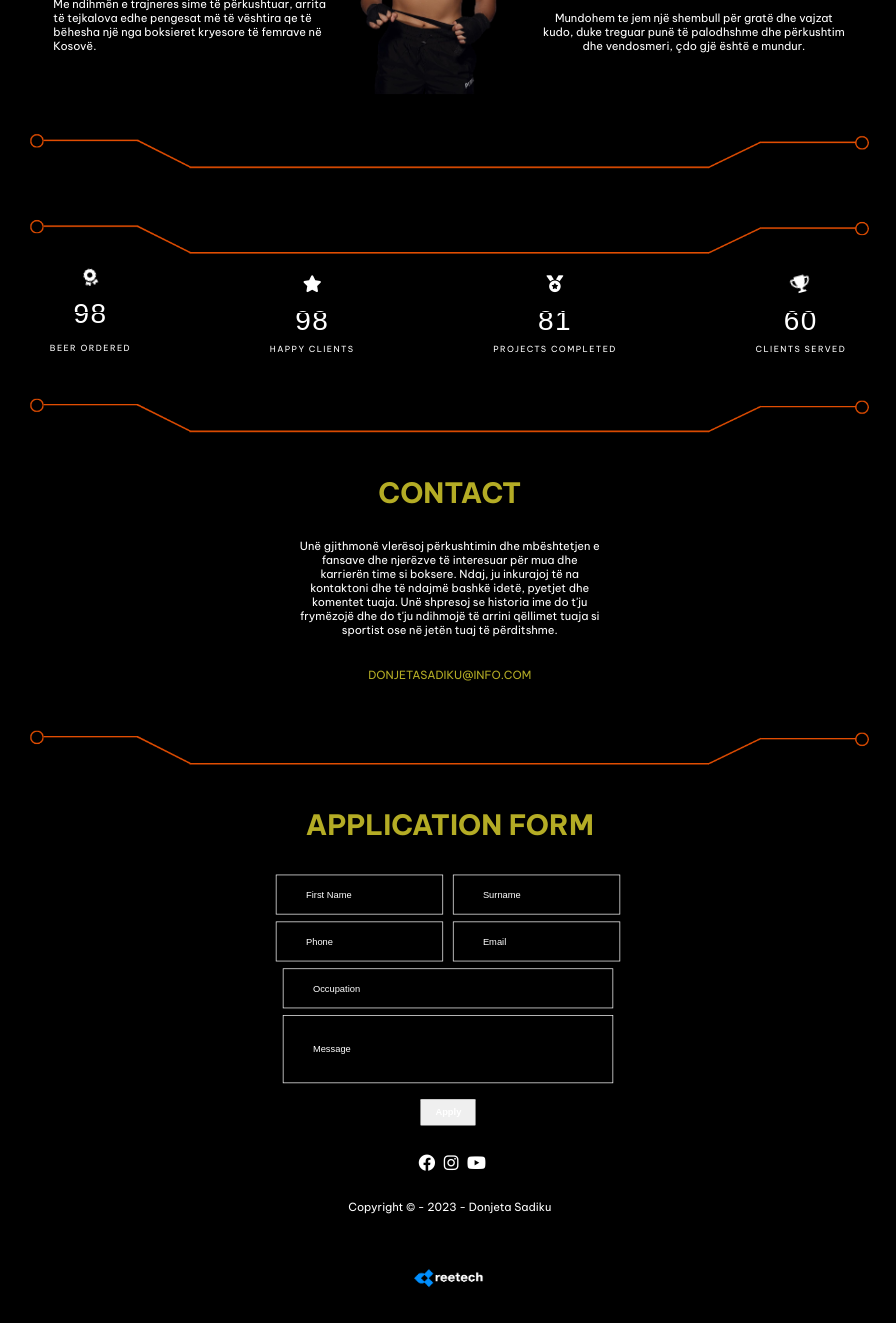
Repository: milot-morina/ds-boxing
Page: DS-Portfolio/index.html
The author's editor kept a copy of each file at every save. The page is drawn from the files as they stood at one save, then again after the next save.
The browser window is 1280 px wide. The pictures show the part of the page from y = 2459 to 4379 px (the page is 4349 px tall before and 4379 px after), at 70% of full size.
A picture or video elsewhere on the page could not be fetched, so the positions and the page height are approximate.

Above is the page before, as saved 2023-03-22 08:37:39.

After the next save:
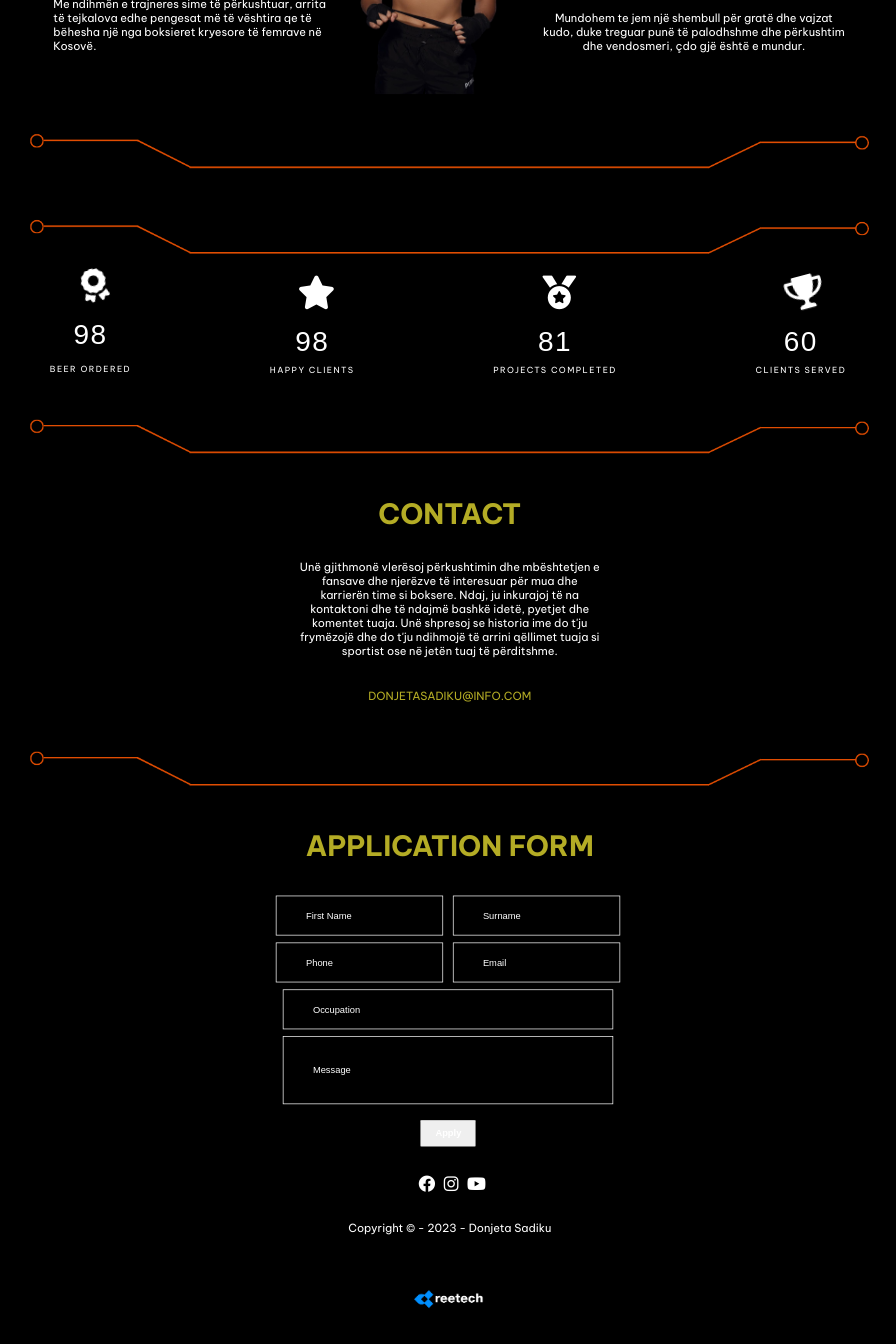
Saved 3 min 6 s later.
--- a/DS-Portfolio/style.css
+++ b/DS-Portfolio/style.css
@@ -22,7 +22,9 @@
 ================================================================================= */
 
 
-.counter-section i { display:block; margin:0 0 10px}
+.counter-section i { font-size: 3rem; /* increase the font size of the icons */
+  display: block; /* make the icons display as block elements */
+  margin-bottom: 1rem;}
 .counter-section span.counter { font-size:40px; color: #fff; line-height:60px; display:block; font-family: "Oswald",sans-serif; letter-spacing: 2px}
 .counter-title{ font-size:12px; letter-spacing:2px; text-transform: uppercase ;color: #fff;}
 .counter-icon {top:25px; position:relative}
